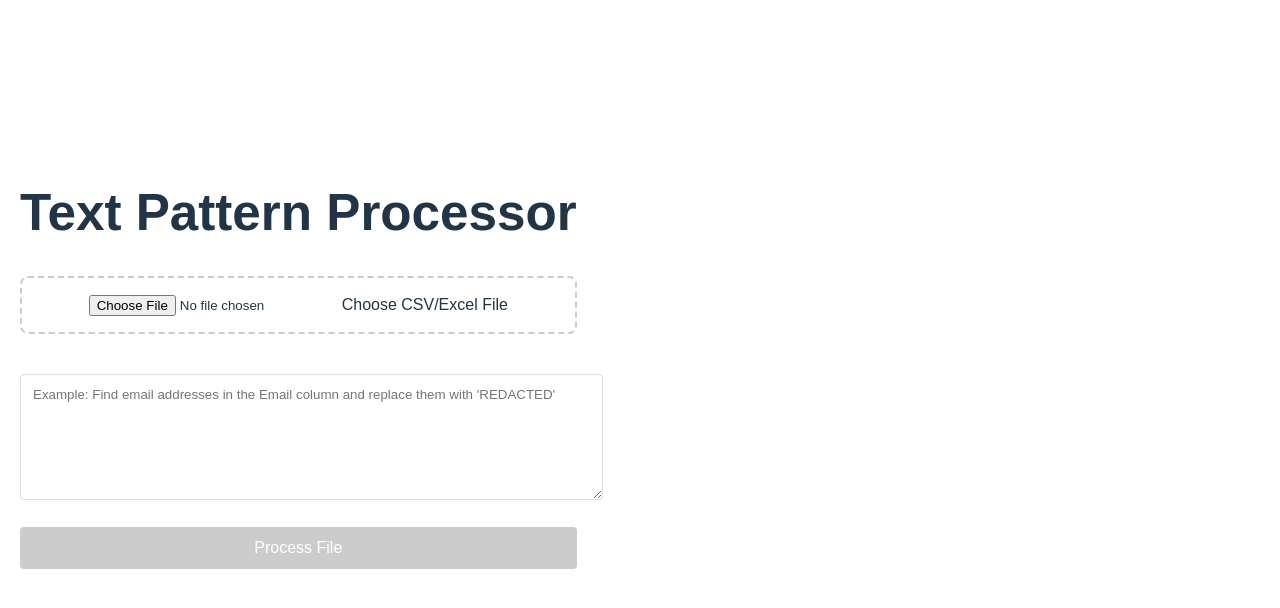
Repository: Rainman4301/techni_assess
Page: / (app in front_end/)
An editor plug-in stored every save of this project. The page is shown before and after the next save, followed by the edit.
The browser window is 1280 px wide. The pictures show the whole page.
The project was rebuilt for these pictures with package versions that can differ from the ones it lists, and the page was loaded fresh each time. Also part of the build but not shown: front_end/vite.config.js.

Above is the page before, as saved 2025-02-06 00:41:40.

### front_end/src/App.jsx
import { useState } from 'react'
import axios from 'axios'
// import reactLogo from './assets/react.svg'
// import viteLogo from '/vite.svg'
import './App.css'




function App() {
  const [file, setFile] = useState(null);
  const [userInput, setUserInput] = useState('');
  const [processedData, setProcessedData] = useState(null);
  const [isProcessing, setIsProcessing] = useState(false);
  // const [regexPattern, setRegexPattern] = useState('');

  const handleProcess = async (e) => {
    e.preventDefault();
    setIsProcessing(true);

    try {
      const formData = new FormData();
      formData.append('file', file);
      formData.append('user_input', userInput);

      const response = await axios.post('http://localhost:8000', formData, {
        headers: {
          'Content-Type': 'multipart/form-data',
          'Accept': 'application/json',
        }
      });



      setProcessedData(response.data.processed_data);
    }
    catch (error) {
      console.error('Processing error:', error);
      alert('Error processing file: ' + (error.response?.data?.error || error.message));
    }
    finally {
      setIsProcessing(false);
    }
  };

  return (
    <div className="container">
      <h1>Text Pattern Processor</h1>

      {/* File Upload */}
      <div className="upload-section">
        <label className="file-input-label">
          <input
            type="file"
            accept=".csv,.xlsx,.xls"
            onChange={(e) => setFile(e.target.files[0])}
          />
          {file ? file.name : "Choose CSV/Excel File"}
        </label>
      </div>

      {/* Combined Input */}
      <div className="input-section">
        <textarea
          value={userInput}
          onChange={(e) => setUserInput(e.target.value)}
          placeholder="Example: Find email addresses in the Email column and replace them with 'REDACTED'"
          rows="3"
        />
      </div>

      {/* Process Button */}
      <button
        onClick={handleProcess}
        disabled={!file || !userInput || isProcessing}
        className="process-button"
      >
        {isProcessing ? 'Processing...' : 'Process File'}
      </button>

      {/* Results Display */}
      {processedData && (
        <div className="results-section">
          <h2>Processed Results</h2>
          <div className="results-table">
            <table>
              <thead>
                <tr>
                  {Object.keys(processedData[0]).map((header) => (
                    <th key={header}>{header}</th>
                  ))}
                </tr>
              </thead>
              <tbody>
                {processedData.map((row, index) => (
                  <tr key={index}>
                    {Object.values(row).map((value, cellIndex) => (
                      <td key={cellIndex}>{value}</td>
                    ))}
                  </tr>
                ))}
              </tbody>
            </table>
          </div>
        </div>
      )}




    </div>
  );
}

export default App;

### front_end/src/App.css
.container {
  max-width: 800px;
  margin: 2rem auto;
  padding: 20px;
  font-family: Arial, sans-serif;
}

.upload-section {
  margin: 20px 0;
}

.file-input-label {
  display: block;
  padding: 15px;
  border: 2px dashed #ccc;
  border-radius: 8px;
  text-align: center;
  cursor: pointer;
}

.file-input-label:hover {
  border-color: #007bff;
}

.input-section textarea {
  width: 100%;
  padding: 12px;
  border: 1px solid #ddd;
  border-radius: 4px;
  resize: vertical;
  min-height: 100px;
  margin: 20px 0;
  font-family: inherit;
}

.process-button {
  background: #007bff;
  color: white;
  padding: 12px 24px;
  border: none;
  border-radius: 4px;
  cursor: pointer;
  width: 100%;
  font-size: 16px;
}

.process-button:disabled {
  background: #cccccc;
  cursor: not-allowed;
}

.results-section {
  margin-top: 30px;
}

.results-table {
  overflow-x: auto;
}

table {
  width: 100%;
  border-collapse: collapse;
  margin-top: 15px;
}

th, td {
  padding: 12px;
  text-align: left;
  border-bottom: 1px solid #ddd;
}

th {
  background-color: #f8f9fa;
}

Loaded but not shown: front_end/index.html (common file); front_end/src/main.jsx (common file); front_end/src/index.css (common file)

After the next save:
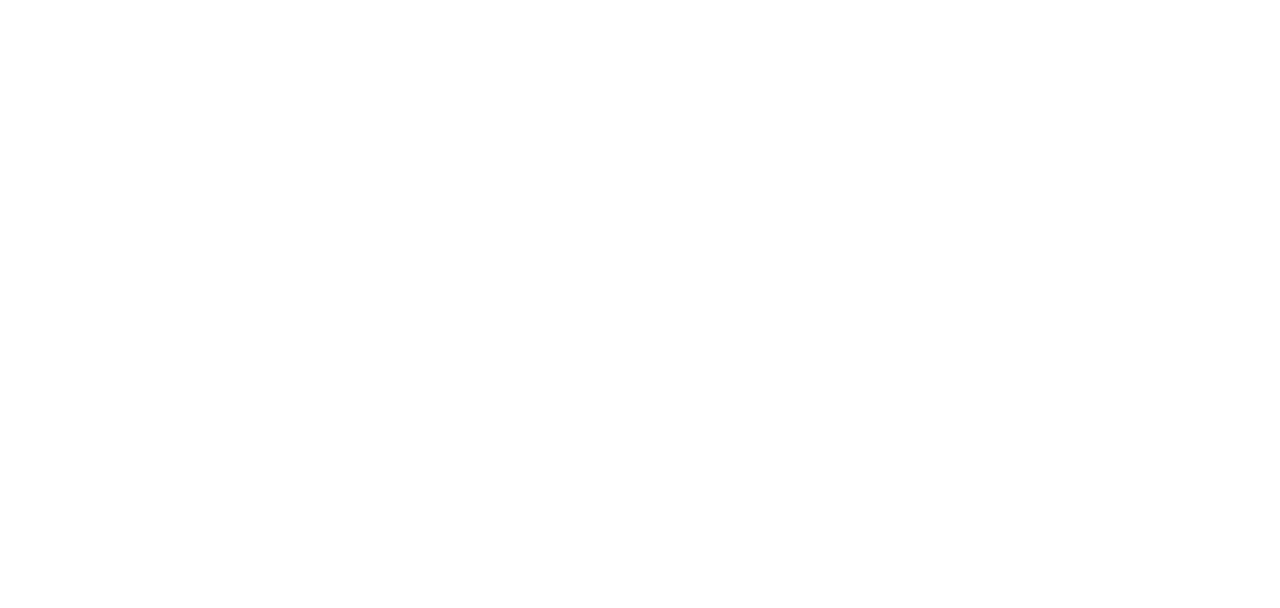
Console error: ReferenceError: regexPattern is not defined
Saved 42 s later.
--- a/front_end/src/App.jsx
+++ b/front_end/src/App.jsx
@@ -105,7 +105,17 @@
         </div>
       )}
 
-
+      {/* Display Regex Pattern */}
+{regexPattern ? (
+  <div className="regex-section">
+    <h2>Regex Pattern</h2>
+    <pre>{regexPattern}</pre>
+  </div>
+) : (
+  <div className="regex-section">
+    <h2>No Regex Pattern Available</h2>
+  </div>
+)}
 
 
     </div>

After the 3 saves that followed:
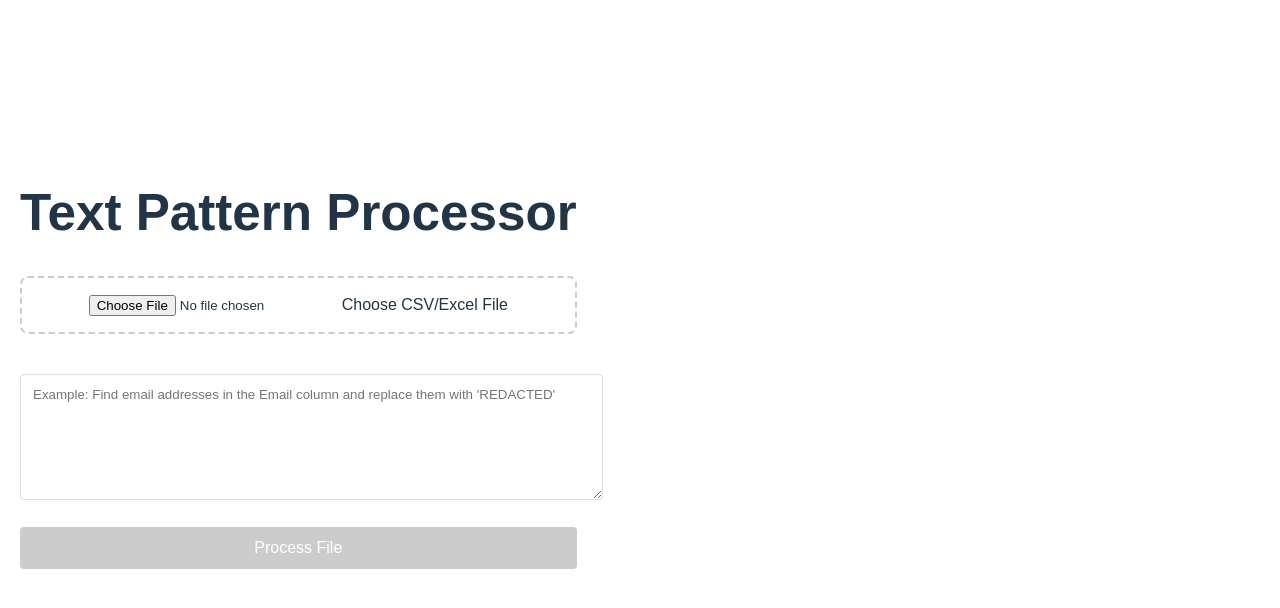
The error is gone.
The 3 saves are shown as one change because 1 left the picture as it was and some came seconds apart.
The last was saved 34 s later.
--- a/front_end/src/App.jsx
+++ b/front_end/src/App.jsx
@@ -105,18 +105,6 @@
         </div>
       )}
 
-      {/* Display Regex Pattern */}
-{regexPattern ? (
-  <div className="regex-section">
-    <h2>Regex Pattern</h2>
-    <pre>{regexPattern}</pre>
-  </div>
-) : (
-  <div className="regex-section">
-    <h2>No Regex Pattern Available</h2>
-  </div>
-)}
-
 
     </div>
   );
